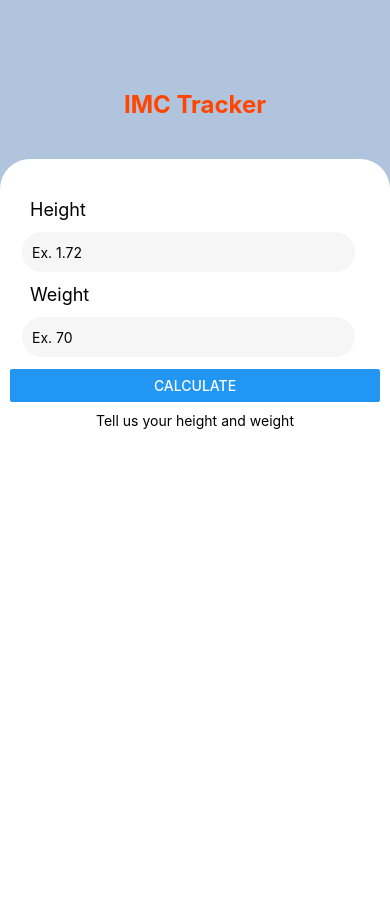
Repository: rubenmatias08/IMCTracker
Screen: /
The author's editor kept a copy of each file at every save. The screen is drawn from the files as they stood at one save, then again after the next save.
The app was drawn by React Native's web renderer in a window 390 px wide. The project was rebuilt for these pictures with package versions that can differ from the ones it lists, and the page was loaded fresh each time.

Above is the screen before, as saved 2024-03-10 19:14:13.

### App.js
import { StyleSheet, View } from 'react-native';
import Title from './src/components/Title';
import Form from './src/components/Form/index'

export default function App() {
  return (
    <View style={styles.container}>
      <Title/>
      <Form />
    </View>
  );
}

const styles = StyleSheet.create({
  container: {
    flex: 1,
    backgroundColor: '#B0C4DE',
    paddingTop: 80,

  },
});



/*
   alignItems: 'center',
    justifyContent: 'center',

*/

### src/components/Title/index.js
import React from "react";
import { View,Text } from "react-native"; //Componentes
import styles from "./style";

export default function Title(){
    return(
        <View style={styles.boxTitle}>
            <Text style={styles.textTitle}>IMC Tracker</Text>
        </View>
    )
}

//Para aplicar a estilização colocamos: style={nomedoficheiroimportado.propriedadeJSON}

### src/components/Form/index.js
import React , {useState} from "react";
import { TextInput, View, Text, Button } from "react-native";
import ResultIMC from "./ResultIMC";
import styles from "./style";


export default function Form(){

    const [height, setHeight] = useState(null); // Altura
    const [weight, setWeight] = useState(null); // Peso
    const [messageIMC, setmessageIMC] = useState("Tell us your height and weight"); // Mensagem que contem o resultado
    const [imc,setIMC] = useState(null); // valor do IMC
    const [textButton, setTextButton] = useState("Calculate"); //

    //Calcular o imc é altura x altura a dividir por peso
    //E vamos querer que nos retorne o resultado (toFixed) que é para vir com 2 casas decimais apenas.
    function CalculatorIMC(){
        return setIMC((weight / (height * height)).toFixed(2))
    }

    //Caso os valores tiverem sido preenchidos ele valida, caso contrário temos de avisar o usuário para preencher os dados de altura e peso.
    //Aqui com a condição é: Caso os valores de height e weight sejam diferentes de null, ou seja, estão preenchidos... Chama a função CalculatorIMC() que fará o calculo que depois nos dá o resultado.
    function ValidationIMC(){
        if(height != null && weight != null){
            CalculatorIMC() //Função do calculo
            setHeight(null) //Reset de height para que se faça depois um novo calculo
            setWeight(null) //Reset de weight para que se faça depois um novo calculo
            setmessageIMC("Your IMC is:") //Mensagem para apresentar o resultado
            setTextButton("Calculate again") //Botão com mensagem
            return //Depois de tudo isto... Retorna-nos.
        }
        setIMC(null) //caso o peso e altura sejam nulos, colocamos o imc como nulo também para que não haja resposta de possiveis calculos anteriores
        setTextButton("Calculate") //Para voltar a apresentar o texto original
        setmessageIMC("Tell us your height and weight") //Para voltar a apresentar o texto original

    }


    return(
        <View style={styles.formContent}>
            <View style={styles.form}>
                <Text style={styles.formLabel}>Height</Text>
                <TextInput style= {styles.input}
                onChangeText={setHeight}
                value={height}
                placeholder="Ex. 1.72"
                keyboardType="numeric"
                />

                <Text style={styles.formLabel}>Weight</Text>
                <TextInput style= {styles.input}
                onChangeText={setWeight}
                value={weight}
                placeholder="Ex. 70"
                keyboardType="numeric"
                />

                <Button
                onPress={() => ValidationIMC()}
                title={textButton}/>

            </View>
            <ResultIMC messageResultImc={messageIMC} resultImc={imc}/>
        </View>
    )
}

//O keyboardType indica qual o tipo de teclado que ele vai abrir
//No <ResultIMC> leva duas props com propriedades dinamicas.

### src/components/Title/style.js
import { StyleSheet } from "react-native";

const styles = StyleSheet.create( {
    boxTitle: {
        alignItems: "center",
        justifyContent: "center",
        padding: 10,
    },
    textTitle: {
        color:"#FF4500",
        fontSize:24,
        fontWeight:"bold"
    }
});

export default styles;

### src/components/Form/ResultIMC/index.js
import React from "react";
import { View , Text } from "react-native";

export default function ResultIMC(props){
    return(
        <View>
            <Text>{props.messageResultImc}</Text>
            <Text>{props.resultImc}</Text>
        </View>
    )
}

//Neste componente vai ser mostrado o resultado do valor de IMC e uma mensagem com o valor desse IMC.

### src/components/Form/style.js
import { StyleSheet } from "react-native";

const styles = StyleSheet.create( {
    formContent: {
        width:"100%",
        height:"100%",
        bottom:0,
        backgroundColor:"#ffffff",
        alignItems:"center",
        borderTopLeftRadius:30,
        borderTopRightRadius:30,
        marginTop:30
    },
    form: {
        width:"100%",
        height:"auto", //Colocando auto, ao colocar novos items ao conteudo ele ajusta.
        marginTop:30,
        padding:10
    },
    formLabel:{
        color:"#000000",
        fontSize:18,
        paddingLeft:20,
    },
    input:{
        width:"90%",
        borderRadius:50,
        backgroundColor:"#f6f6f6",
        height:40,
        margin:12,
        paddingLeft:10,
    }
});

export default styles;

After the next save:
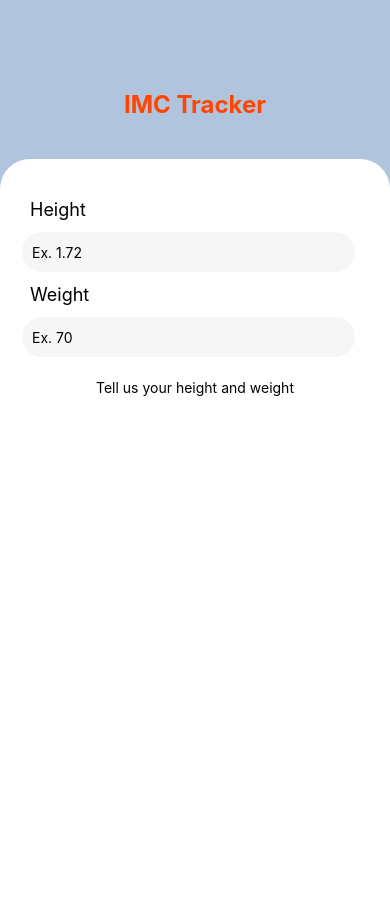
Saved 33 min 47 s later.
--- a/src/components/Form/index.js
+++ b/src/components/Form/index.js
@@ -55,9 +55,7 @@ export default function Form(){
                 keyboardType="numeric"
                 />
 
-                <Button
-                onPress={() => ValidationIMC()}
-                title={textButton}/>
+
 
             </View>
             <ResultIMC messageResultImc={messageIMC} resultImc={imc}/>
@@ -67,3 +65,8 @@ export default function Form(){
 
 //O keyboardType indica qual o tipo de teclado que ele vai abrir
 //No <ResultIMC> leva duas props com propriedades dinamicas.
+
+
+//Antes tinhamos um Button para mostrar os resultados depois, assim:
+//  <Button onPress={() => ValidationIMC()} title={textButton}/>
+//mas fizemos diferente
